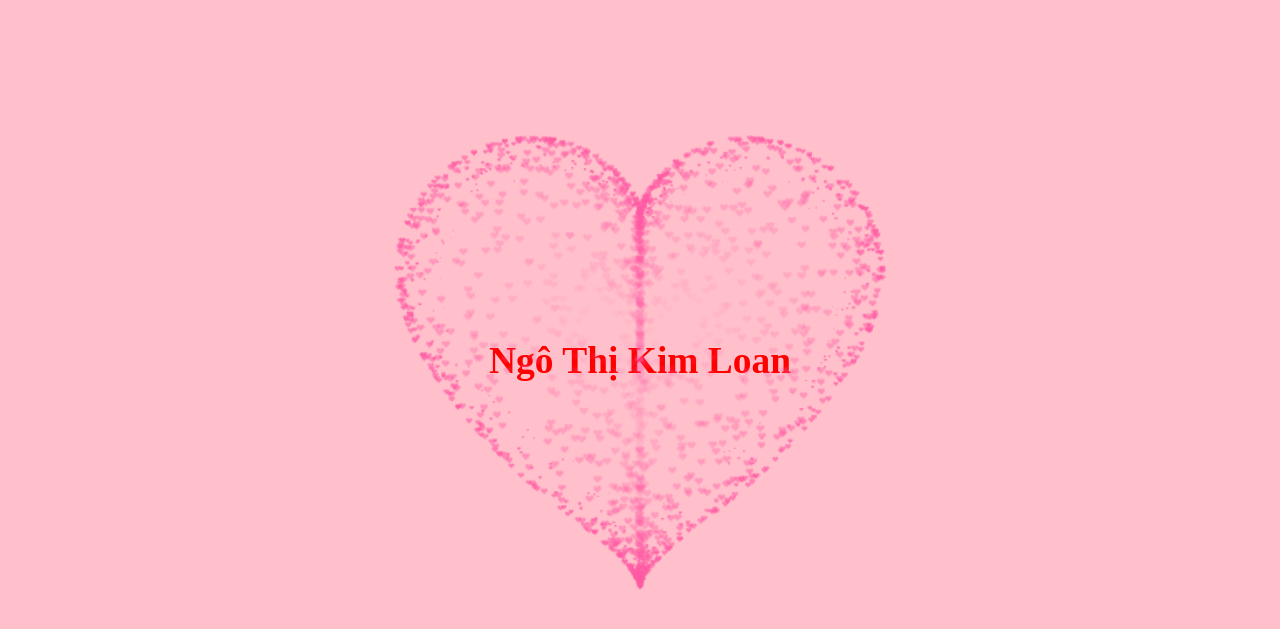
Repository: congbnvn0709/happy-valentine
Page: index.html
These files come from the project's save history. The page is drawn as it stood at one moment and after the next save; the edit follows.
The browser window is 1280 px wide. The pictures show the whole page.

Above is the page before, as saved 2023-01-30 23:19:54.

After the next save:
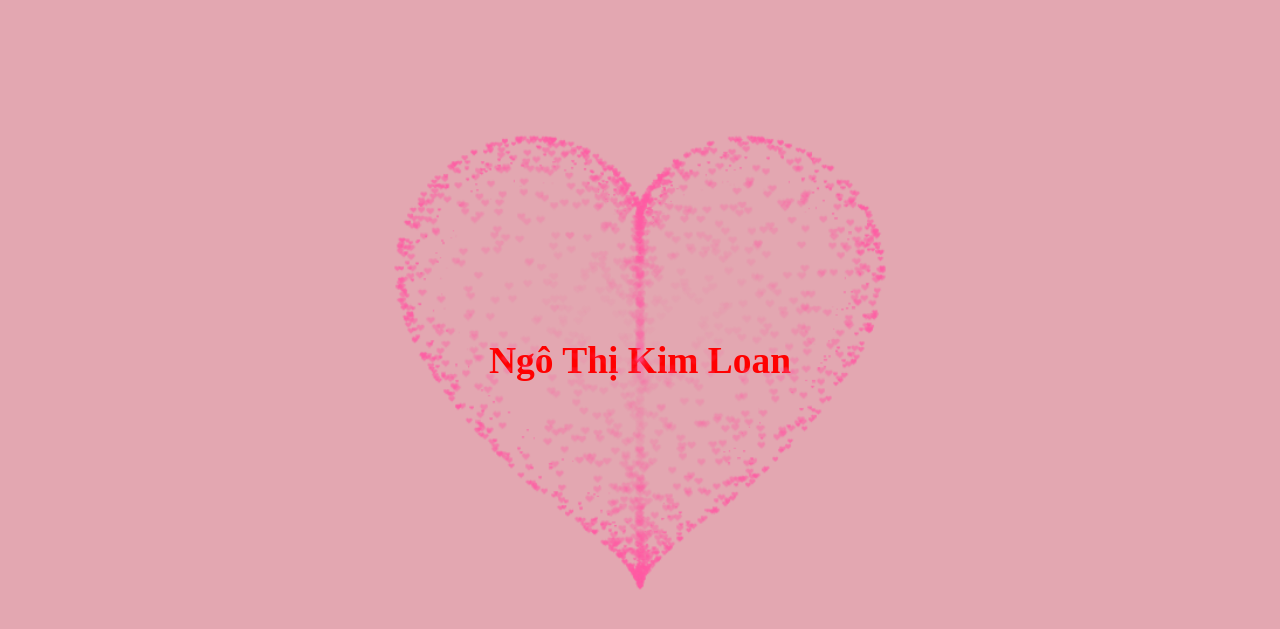
Saved 21 s later.
--- a/index.html
+++ b/index.html
@@ -12,7 +12,7 @@
         height: 100%;
         padding: 0;
         margin: 0;
-        background: pink;
+        background: rgb(227, 167, 177);
         display: flex;
         justify-content: center;
         align-items: center;
